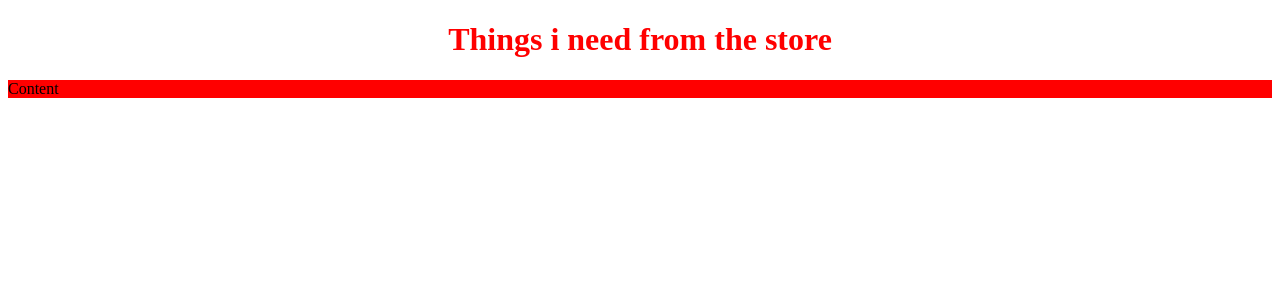
Repository: TheTroyPhillips/Block14
Page: Coursework/Block06/index.html
These files come from the project's save history. The page is drawn as it stood at one moment and after the next save; the edit follows.
The browser window is 1280 px wide. The pictures show the whole page.

Above is the page before, as saved 2023-08-29 17:16:05.

### Coursework/Block06/index.html
<!DOCTYPE html>
<html lang="en">
<head>
    <meta charset="UTF-8">
    <meta name="viewport" content="width=device-width, initial-scale=1.0">
    <title>Troy's Grocery List</title>
    <link rel="stylesheet" href="styles.css">
</head>
<body>
    <h1> Things i need from the store</h1>
    <div class="Box Red"> Content </div>


</body>
</html>

### Coursework/Block06/styles.css
h1 {
    color: red;
    text-align: center;
}
.box{
    width: 30px;
    height:150px;
    color: black;
    background-color: aqua;
}
.Red{
    background-color: red;
}

After the next save:
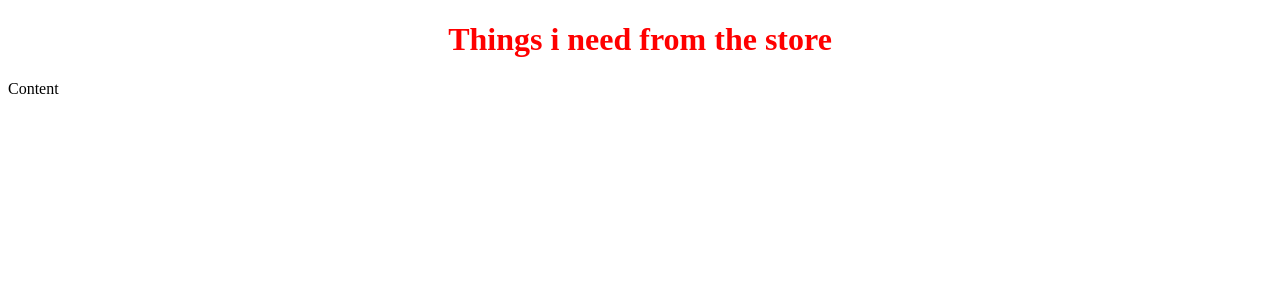
Saved 21 s later.
--- a/Coursework/Block06/index.html
+++ b/Coursework/Block06/index.html
@@ -8,7 +8,7 @@
 </head>
 <body>
     <h1> Things i need from the store</h1>
-    <div class="Box Red"> Content </div>
+    <div class="BoxRed"> Content </div>
 
 
 </body>

After the 2 saves that followed:
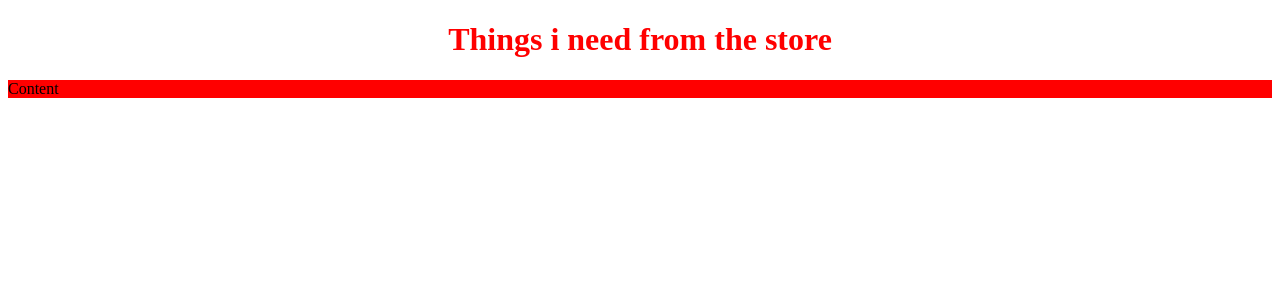
The 2 saves are shown as one change because they came seconds apart.
The last was saved 13 s later.
--- a/Coursework/Block06/index.html
+++ b/Coursework/Block06/index.html
@@ -8,7 +8,7 @@
 </head>
 <body>
     <h1> Things i need from the store</h1>
-    <div class="BoxRed"> Content </div>
+    <div class="Box Red"> Content </div>
 
 
 </body>
